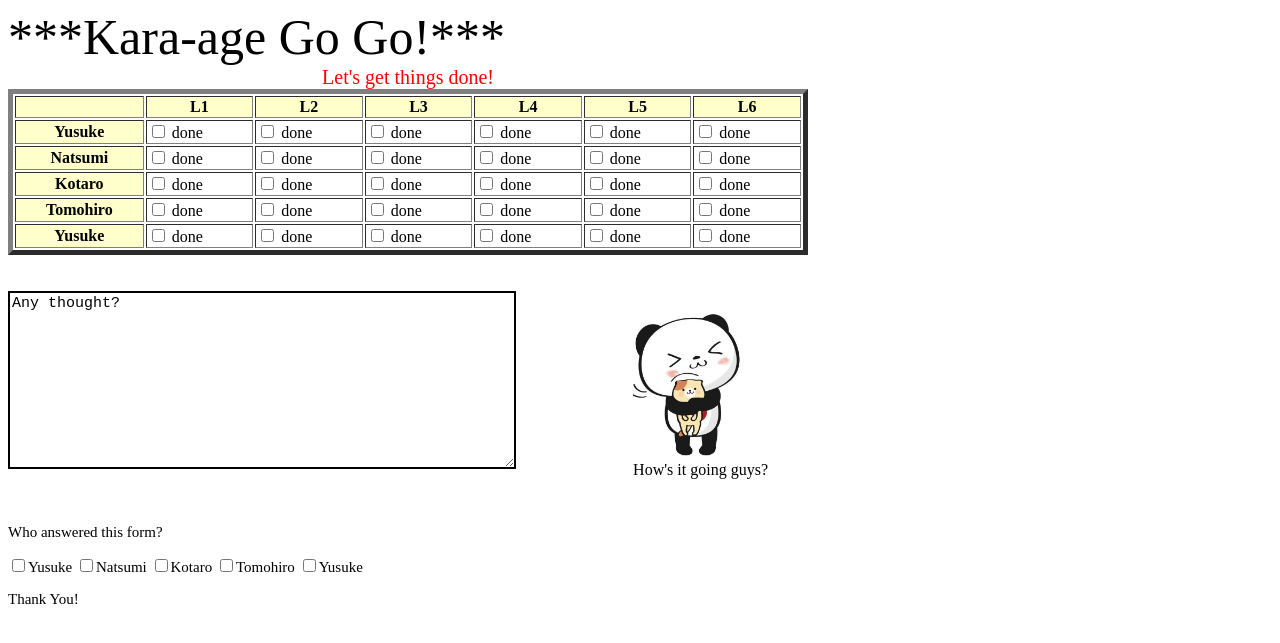
Repository: natsumi-hironaka/micropostsnatsu
Page: tutorials/practice1.html
The author's editor kept a record of every edit. The page is drawn from the files as they stood at one moment, then again after the next edit.
The browser window is 1280 px wide. The pictures show the whole page.

Above is the page before.

After the next edit:
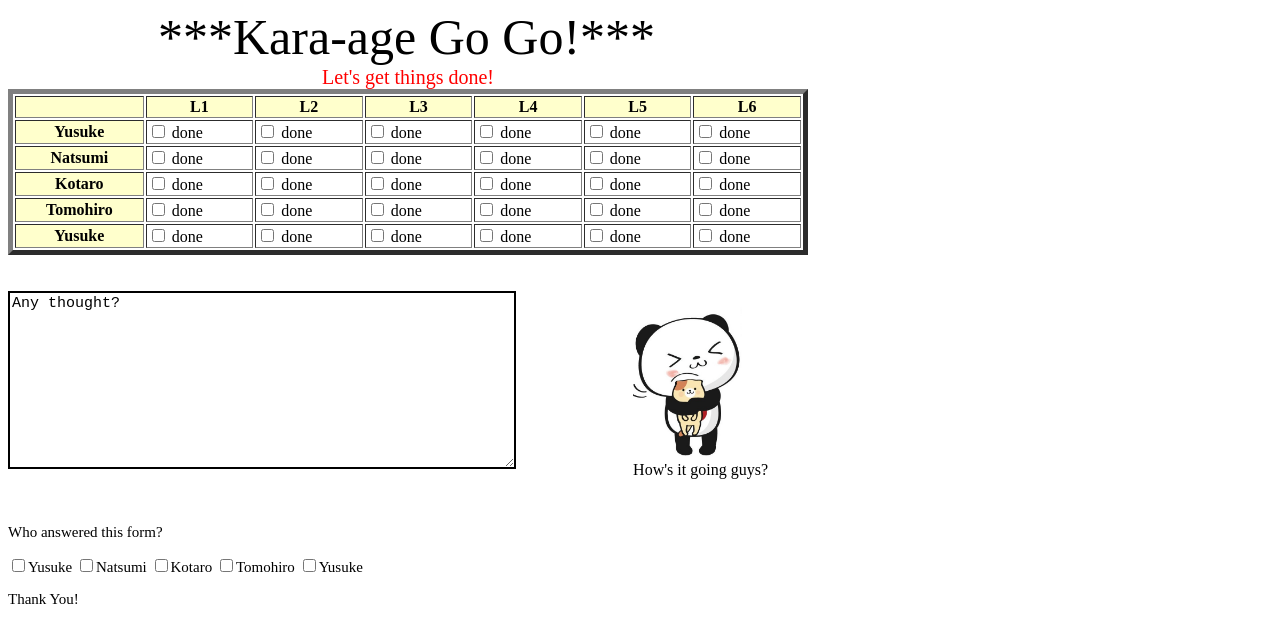
The edit:
--- a/tutorials/practice.css
+++ b/tutorials/practice.css
@@ -40,5 +40,8 @@
 
 header {
     font-size: 50px;
-    float: inherit;
+    width:500px;
+    margin-right: auto;
+    margin-left : auto;
 }
+}
